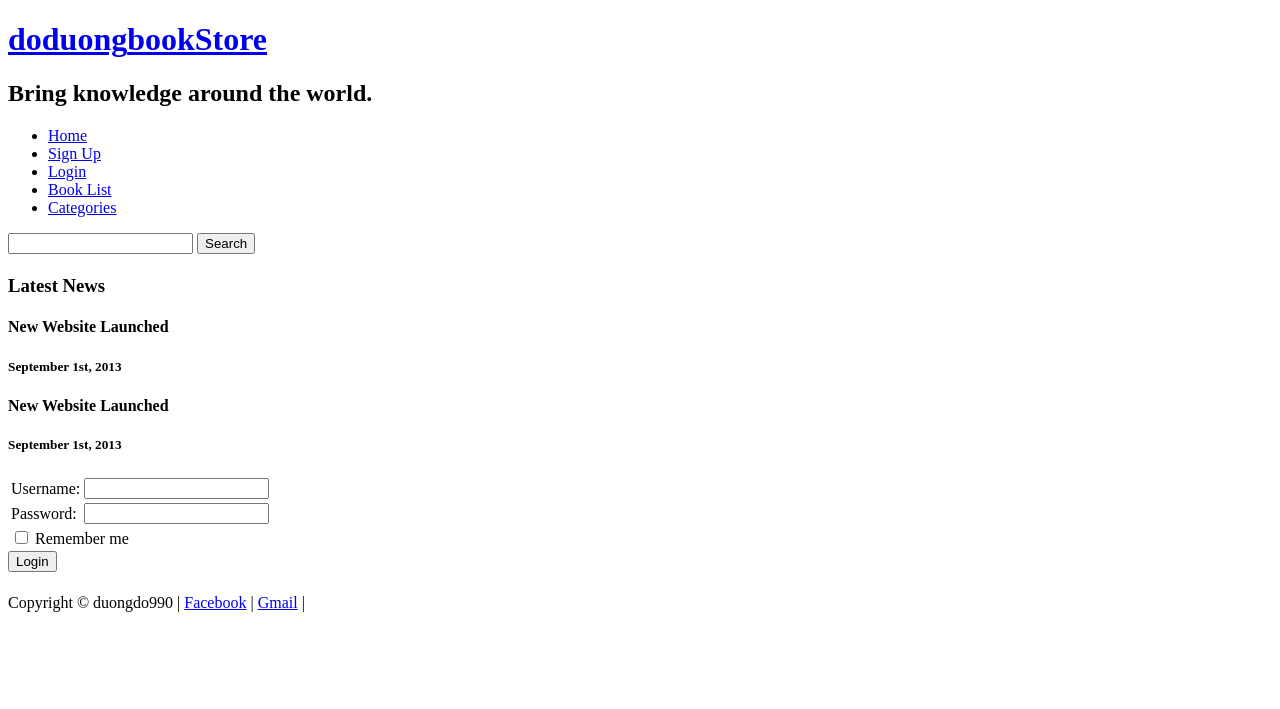
Repository: ngttuyen/JavaWeb
Page: http://localhost/MyWebsite/login.jsp
An editor plug-in stored every save of this project. The page is shown before and after the next save, followed by the edit.
The browser window is 1280 px wide. The pictures show the whole page.
The page is served by Tomcat 9. Other server files are loaded and not shown.

Above is the page before, as saved 2019-06-02 12:53:34.

### MyWebsite/WebContent/login.jsp
<%@page contentType="text/html" pageEncoding="utf-8"%>
<%@ include file="includes/head.jsp"%>
<body>
	<div id="main">
		<div id="header">
			<div id="logo">
				<div id="logo_text">
					<!-- class="logo_colour", allows you to change the colour of the text -->
					<h1>
						<a href="index.jsp">doduong<span class="logo_colour">bookStore</span></a>
					</h1>
					<h2>Bring knowledge around the world.</h2>
				</div>
			</div>
			<div id="menubar">
				<ul id="menu">
					<!-- put class="selected" in the li tag for the selected page - to highlight which page you're on -->
					<li><a href="index.jsp">Home</a></li>
					<li><a href="signup.jsp">Sign Up</a></li>
					<li class="selected"><a href="login.jsp">Login</a></li>
					<li><a href="book.jsp">Book List</a></li>
					<li><a href="categories.jsp">Categories</a></li>
				</ul>
				<form method="get" action="" id="searchForm">
					<input type="text" name="search" id="search-input" class="styled-input">
					<button class="button">Search</button>
				</form>
			</div>
		</div>
		<div id="site_content">
			<%@ include file="/includes/sidebar.jsp"%>
			<div id="content">
			<!-- -------------------------your code here---------------------- --->
			<form method="post" action="ProcessLogin">
					<table class="login-signup">
						<tr>
							<td><label>Username: </label></td>
							<td class="right"><input type="text" name="id"
								class="styled-input"></td>
						</tr>
						<tr>
							<td><label>Password: </label></td>
							<td class="right"><input type="password" name="pw"
								class="styled-input"></td>
						</tr>
						<tr>
							<td colspan="2"><input type="checkbox" name="terms"> Remember me</td>
						</tr>
					</table>
					<button class="button" type="submit">Login</button>
				</form>
				<h1>${sessionScope.message}</h1>
			<!-- -------------------------your code here---------------------- --->
			</div>
		</div>
		<div id="footer">
			<!---footer here --->
			<%@ include file="/includes/footer.jsp"%>
		</div>
	</div>
</body>
</html>

### MyWebsite/WebContent/includes/head.jsp
<%@page contentType="text/html" pageEncoding="utf-8" %>
<!doctype html>
<html>

<head>
  <title>doduong's BookStore</title>
  <meta name="description" content="website description" />
  <meta name="keywords" content="website keywords, website keywords" />
  <meta http-equiv="content-type" content="text/html; charset=windows-1252" />
  <link rel="stylesheet"href="styles/style.css" title="style">
</head>

### MyWebsite/WebContent/includes/sidebar.jsp
<%@page contentType="text/html" pageEncoding="utf-8"%>
<div class="sidebar">
	<!-- insert your sidebar items here -->
	<h1></h1>
	<h3>Latest News</h3>
	<h4>New Website Launched</h4>
	<h5>September 1st, 2013</h5>
	<p></p>
	<h4>New Website Launched</h4>
	<h5>September 1st, 2013</h5>
</div>

### MyWebsite/WebContent/includes/footer.jsp
<%@page contentType="text/html" pageEncoding="utf-8"%>
<div id="footer">
	Copyright &copy; duongdo990 | <a
		href="#">Facebook</a> | <a
		href="#">Gmail</a> |
</div>
</div>

Loaded but not shown: MyWebsite/MyWebsite/styles/style.css (no stored copy; drawn as an empty file)

After the next save:
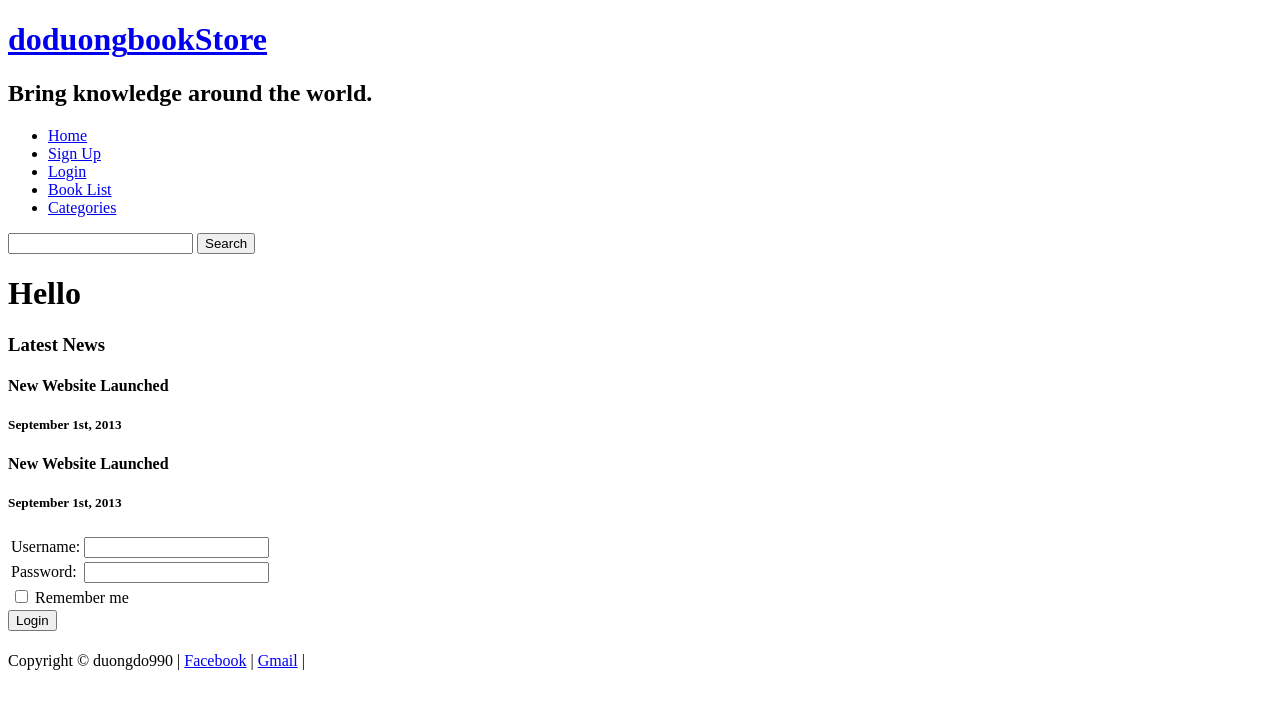
Saved 39 s later.
--- a/MyWebsite/WebContent/includes/sidebar.jsp
+++ b/MyWebsite/WebContent/includes/sidebar.jsp
@@ -1,7 +1,7 @@
 <%@page contentType="text/html" pageEncoding="utf-8"%>
 <div class="sidebar">
 	<!-- insert your sidebar items here -->
-	<h1></h1>
+	<h1>Hello ${sessionScope.message}</h1>
 	<h3>Latest News</h3>
 	<h4>New Website Launched</h4>
 	<h5>September 1st, 2013</h5>
